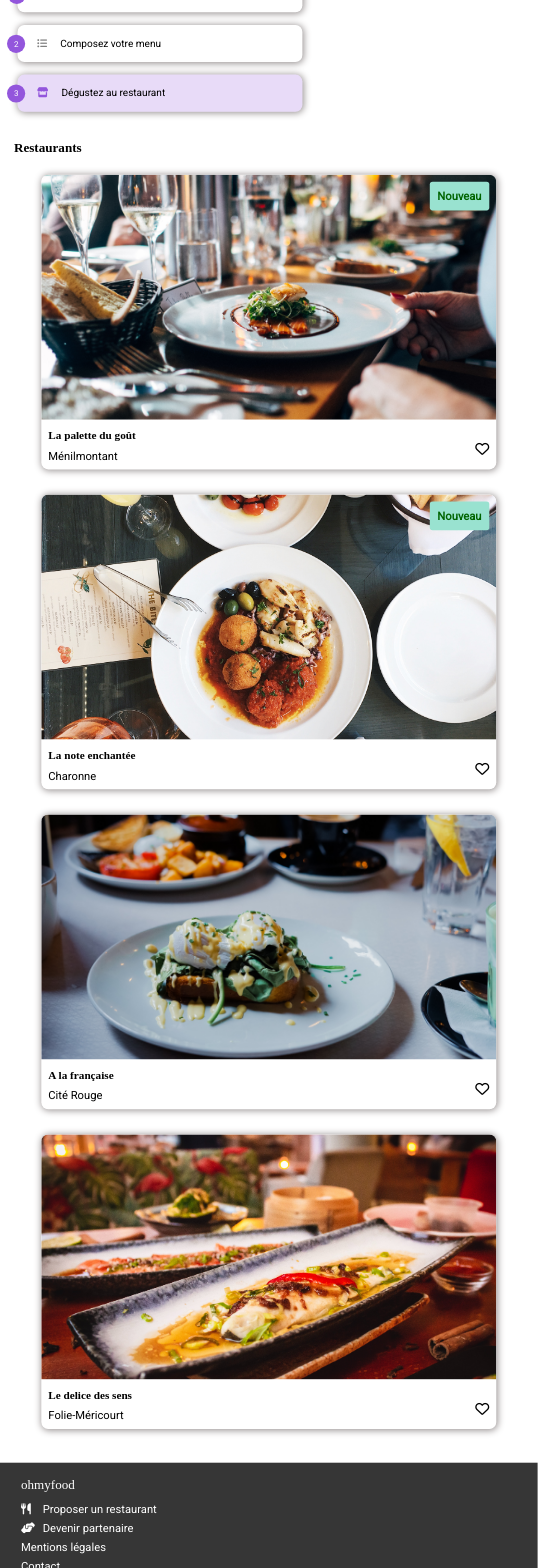
Repository: Micka-17/boimickael_3_16042021
Page: index.html
An editor plug-in stored every save of this project. The page is shown before and after a run of saves, followed by the edit.
The browser window is 768 px wide. The pictures show the part of the page from y = 481 to 2721 px (the page is 2745 px tall before and 3470 px after), at 70% of full size.
Some web fonts or font styles are not loaded; a fallback is used. Some web libraries are served in a nearby version. The style sheet was rebuilt from its Sass, Less or Tailwind sources for each picture, by a compiler version that may differ from the author's.

Above is the page before, as saved 2021-05-26 10:07:44.

After the next 2 saves:
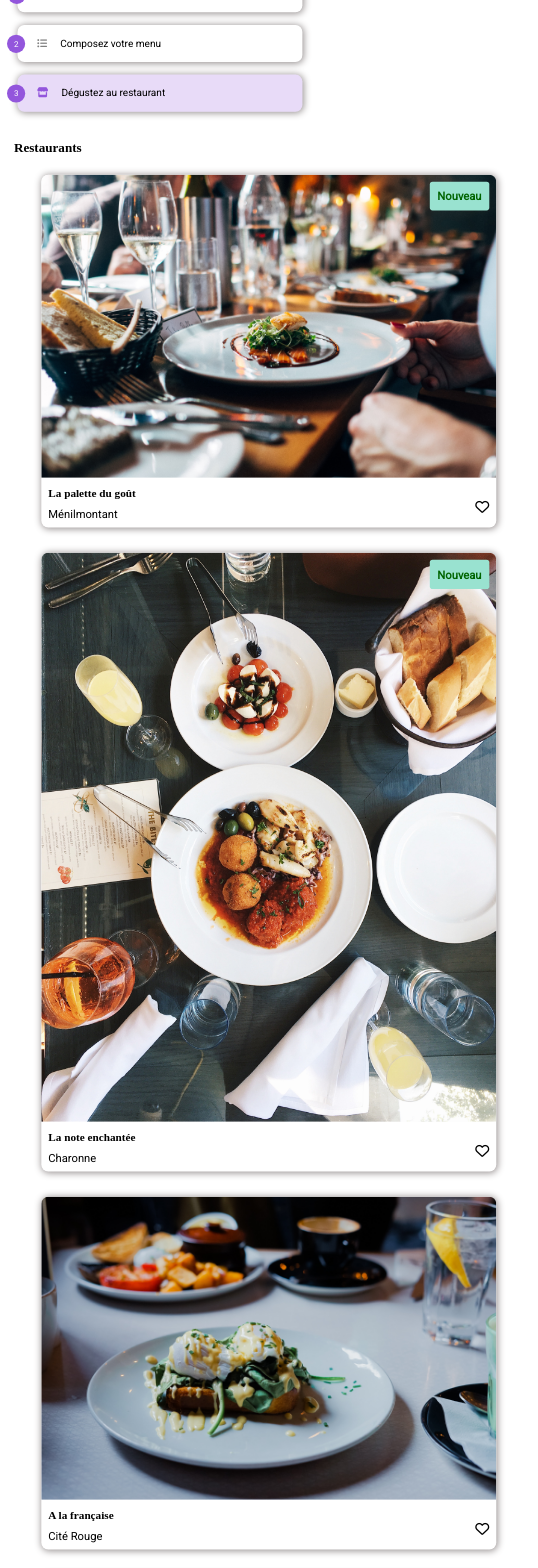
The 2 saves are shown as one change because they came seconds apart.
The last was saved 16 s later.
--- a/sass/style.scss
+++ b/sass/style.scss
@@ -179,7 +179,7 @@
     height: 350px;
         @media (max-width:900px) {
             max-width: 100%;
-            max-height: 20%;
+            height: auto;
         }
             @media (max-width:500px) {
                 max-width: 100%;

After the save that followed:
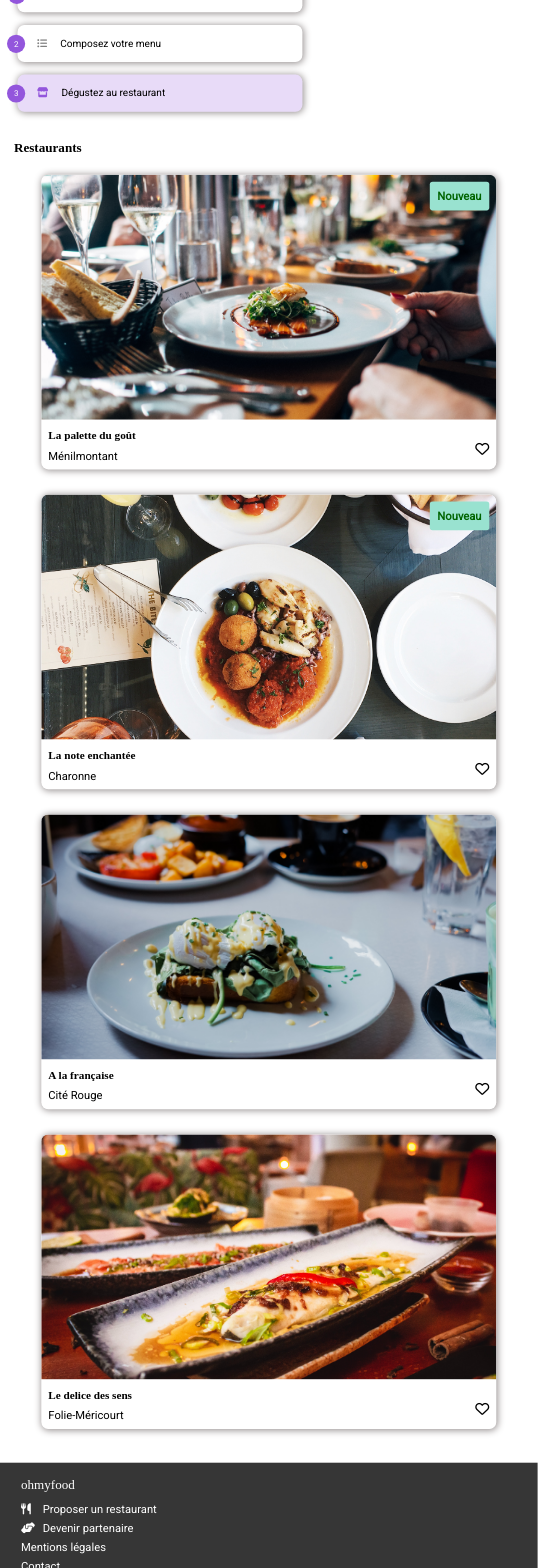
Saved 41 s later.
--- a/sass/style.scss
+++ b/sass/style.scss
@@ -179,7 +179,6 @@
     height: 350px;
         @media (max-width:900px) {
             max-width: 100%;
-            height: auto;
         }
             @media (max-width:500px) {
                 max-width: 100%;
